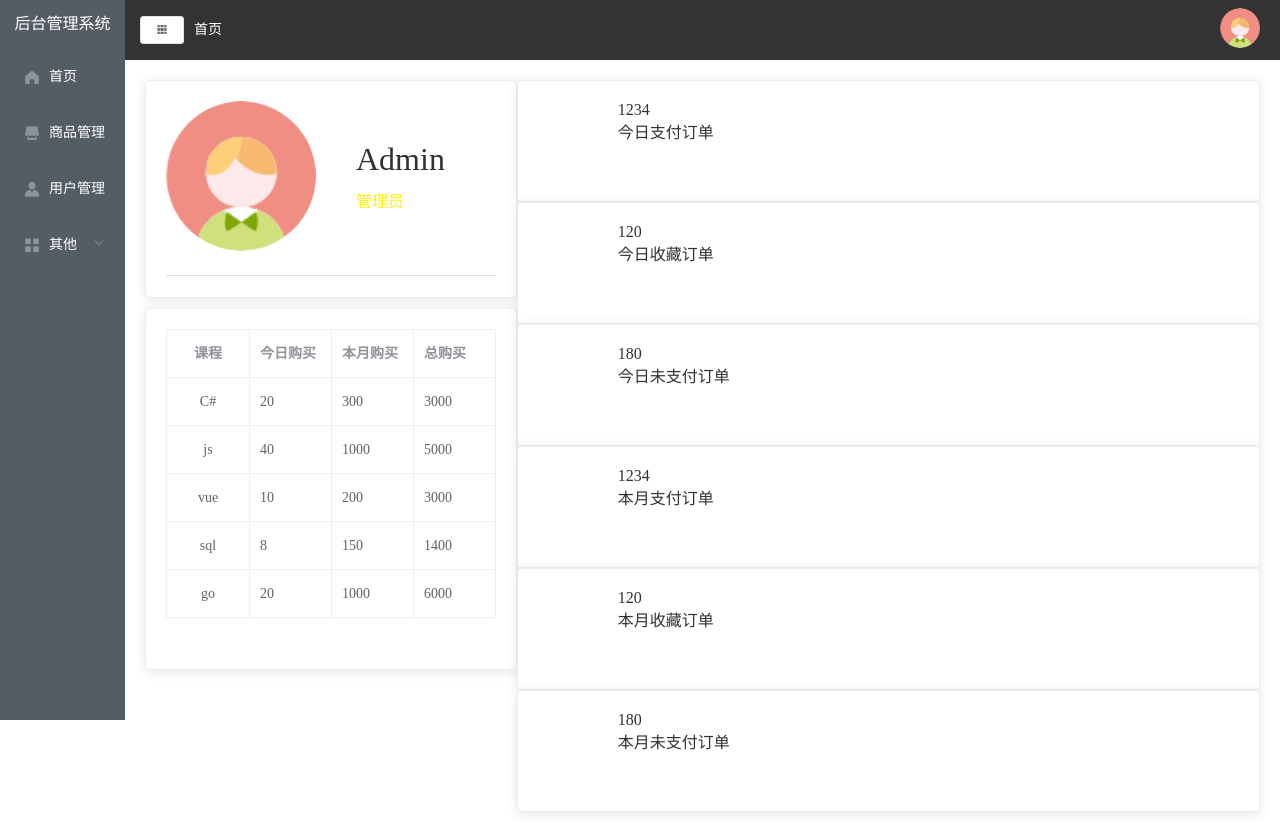
Repository: tkqi/manage
Page: /
These files come from the project's save history. The page is drawn as it stood at one moment and after the next save; the edit follows.
The browser window is 1280 px wide. The pictures show the whole page.
The project was rebuilt for these pictures with package versions that can differ from the ones it lists, and the page was loaded fresh each time. Also part of the build but not shown: vue.config.js.

Above is the page before, as saved 2023-12-06 11:07:12.

### src/main.js
import Vue from 'vue'
import App from './App.vue'
import router from './router'
import store from './store'
import ElementUI from 'element-ui';
import 'element-ui/lib/theme-chalk/index.css';

Vue.config.productionTip = false
Vue.use(ElementUI);

new Vue({
  router,
  store,
  render: h => h(App)
}).$mount('#app')

### src/App.vue
<template>
  <div id="app">
    <!-- 路由出口 -->
    <router-view />
  </div>
</template>

<script>
export default {
  name: 'App'
}
</script>

<style lang="less">
html,
body,
h3,
p {
  margin: 0;
  padding: 0;
}
</style>

### src/router/index.js
import Vue from 'vue'
import VueRouter from 'vue-router'
import routes from './routes'
Vue.use(VueRouter)


const router = new VueRouter({
  routes: routes
})

// 暴露router实例
export default router

### src/store/index.js
import Vue from 'vue'
import Vuex from 'vuex'
import tab from './tab.js'

Vue.use(Vuex)

const store = new Vuex.Store({
  state: {

  },
  getters: {
  },
  mutations: {
  },
  actions: {
  },
  modules: {
    tab
  }
})

export default store;

### src/router/routes.js
export default [
    // 主路由
    {
        path: '/',
        component: () => import('../views/Main.vue'),
        redirect: '/home',// 重定向
        // 子路由
        children: [
            {
                // 首页
                path: '/home',
                // 路由组件懒加载
                component: () => import('../views/Home.vue')
            },
            {
                // 用户管理
                path: '/user',
                component: () => import('../views/User.vue')
            },
            {
                // 商品管理
                path: '/mall',
                component: () => import('../views/Mall.vue')
            },
            {
                // 其他/页面1
                path: '/page1',
                component: () => import('../views/Page1.vue')
            },
            {
                // 其他/页面2
                path: '/page2',
                component: () => import('../views/Page2.vue')
            },
        ]
    },
    {
        path: '/home',
        // 路由组件懒加载
        component: () => import('../views/Home.vue')
    },
    {
        path: '/user',
        component: () => import('../views/User.vue')
    }
]

### src/store/tab.js
// 菜单相关数据
export default {
    state: {
        isCollapse: false
    },
    getters: {
        getisCollapse: (state) => state.isCollapse
    },
    mutations: {
        EDITIsCollapse(state){
            state.isCollapse = !state.isCollapse;
        }
    }
}

### src/views/Main.vue
<!-- eslint-disable vue/multi-word-component-names -->
<template>
    <div>
        <el-container>
            <el-aside width="auto">
                <sidebar />
            </el-aside>
            <el-container>
                <el-header>
                    <topbar />
                </el-header>
                <el-main>
                    <transition>
                        <keep-alive>
                            <router-view />
                        </keep-alive>
                    </transition>
                </el-main>
            </el-container>
        </el-container>
    </div>
</template>

<script>
import sidebar from '../components/sidebar.vue'
import topbar from '../components/topbar.vue';
export default {
    components: {
        sidebar,
        topbar
    }
}
</script>

<style lang="less" scoped>
.el-header {
    padding: 0;
    margin: 0;
}
</style>

### src/views/Home.vue
<!-- eslint-disable vue/multi-word-component-names -->
<template>
    <el-row>
        <el-col :span="8">
            <div>
                <el-card class="box-card">
                    <div class="user">
                        <img class="img" src="../assets/img/user-default.png" alt="">
                        <div class="user-info">
                            <P class="name">Admin</P>
                            <p class="access">管理员</p>
                        </div>
                    </div>
                    <el-divider></el-divider>
                    <div class="login-info">
                        <p>上次登录时间: <span>2023-12-03</span></p>
                        <p>上次登录地点: <span>绍兴</span></p>
                    </div>
                </el-card>
                <el-card class="table">
                    <el-table :data="tableData" border style="width: 100%">
                        <el-table-column prop="course" label="课程" :min-width="30" width="auto" align="center">
                        </el-table-column>
                        <el-table-column prop="buytoday" label="今日购买" :min-width="30" width="auto">
                        </el-table-column>
                        <el-table-column prop="buythemonth" label="本月购买" :min-width="30" width="auto">
                        </el-table-column>
                        <el-table-column prop="buyall" label="总购买" :min-width="30" width="auto">
                        </el-table-column>
                    </el-table>
                </el-card>
            </div>
        </el-col>
        <el-col :span="16">
            <div class="buy">
                <el-card v-for="(item, index) in countData" :key="index" :body-style="{display:'flex'}">
                    <i class="icon" :class="`el-icon-${item.icon}`"></i>
                    <div>
                        <p>{{ item.value }}</p>
                        <p>{{ item.label }}</p>
                    </div>
                </el-card>
            </div>
        </el-col>
    </el-row>
</template>

<script>
export default {
    data() {
        return {
            tableData: [
                {
                    course: 'C#',
                    buytoday: 20,
                    buythemonth: 300,
                    buyall: 3000
                },
                {
                    course: 'js',
                    buytoday: 40,
                    buythemonth: 1000,
                    buyall: 5000
                },
                {
                    course: 'vue',
                    buytoday: 10,
                    buythemonth: 200,
                    buyall: 3000
                },
                {
                    course: 'sql',
                    buytoday: 8,
                    buythemonth: 150,
                    buyall: 1400
                },
                {
                    course: 'go',
                    buytoday: 20,
                    buythemonth: 1000,
                    buyall: 6000
                }
            ],
            countData:[
                {
                    label:'今日支付订单',
                    value:1234,
                    color:'#2ec7c9',
                    icon:'success'
                },
                {
                    label:'今日收藏订单',
                    value:120,
                    color:'#ffb980',
                    icon:'star-on'
                },
                {
                    label:'今日未支付订单',
                    value:180,
                    color:'#5ab1ef',
                    icon:'s-goods'
                },
                {
                    label:'本月支付订单',
                    value:1234,
                    color:'#2ec7c9',
                    icon:'success'
                },
                {
                    label:'本月收藏订单',
                    value:120,
                    color:'#ffb980',
                    icon:'star-on'
                },
                {
                    label:'本月未支付订单',
                    value:180,
                    color:'#5ab1ef',
                    icon:'s-goods'
                }
            ]
        }
    }
}
</script>
<style lang="less" scoped>
.box-card {
    height: 30vh;
    .user {
        display: flex;
        align-items: center;
        padding-right: 0px;

        .user-info {
            .name {
                font-size: 32px;
                margin-bottom: 10px;
            }

            .access {
                color: #fff000;
            }
        }

        img {
            height: 150px;
            width: 150px;
            border-radius: 50%;
            margin-right: 40px;
        }
    }
}

.login-info {
    line-height: 25px;

    p {
        font-size: 12px;

        span {
            font-size: 12px;
            margin-left: 50px;
        }
    }
}

.table {
    margin-top: 10px;
    height: 50vh;
    el-table{
        height: 100%;
    }
}

.icon{
    width: 80px;
    height: 80px;
    font-size: 30px;
    color: #fff;
}
</style>

### src/components/sidebar.vue
<!-- eslint-disable vue/multi-word-component-names -->
<template>
    <el-menu class="menu" @open="handleOpen" @close="handleClose" :collapse="isCollapse" background-color="#545c64"
        text-color="#fff" active-text-color="#ffd04b">
        <h3>{{ !isCollapse?'后台管理系统':'后台' }}</h3>
        <el-menu-item v-for="item in noChildren" :key="item.name" :index="item.name" @click="clickMenu(item)">
            <i :class="`el-icon-${item.icon}`"></i>
            <span slot="title">{{ item.label }}</span>
        </el-menu-item>
        <el-submenu v-for="item in hasChildren" :key="item.label" :index="item.label">
            <template slot="title">
                <i :class="`el-icon-${item.icon}`"></i>
                <span slot="title">{{ item.label }}</span>
            </template>
            <el-menu-item-group v-for="subitem in item.children" :key="subitem.name">
                <el-menu-item :index="subitem.name" @click="clickSubmenu(subitem)">
                    <!-- <template slot="title"> -->
                    <i :class="`el-icon-${subitem.icon}`"></i>
                    <span slot="title">{{ subitem.name }}</span>
                    <!-- </template> -->
                </el-menu-item>
            </el-menu-item-group>
        </el-submenu>
    </el-menu>
</template>

<script>
export default {
    computed: {
        // 无子菜单
        noChildren() {
            return this.menuData.filter(o => !o.children);
        },
        // 有子菜单
        hasChildren() {
            return this.menuData.filter(o => o.children);
        },
        isCollapse() {
           return this.$store.state.tab.isCollapse;
        }
    },
    data() {
        return {
            // 使用store实时改变属性需要定义到computed
            // isCollapse: this.$store.getters('getisCollapse'),
            menuData: [
                {
                    path: '/',
                    name: 'home',
                    label: "首页",
                    icon: 's-home',
                    url: 'Home/Home'
                },
                {
                    path: '/mall',
                    name: 'mall',
                    label: "商品管理",
                    icon: 's-shop',
                    url: 'MallManage/MallManage'
                },
                {
                    path: '/user',
                    name: 'user',
                    label: "用户管理",
                    icon: 's-custom',
                    url: 'UserManage/UserManage'
                },
                {
                    label: '其他',
                    icon: 'menu',
                    children: [
                        {
                            path: '/page1',
                            name: 'page1',
                            label: "页面1",
                            icon: 's-claim',
                            url: 'Other/PageOne'
                        },
                        {
                            path: '/page2',
                            name: 'page2',
                            label: "页面2",
                            icon: 's-claim',
                            url: 'Other/PageTwo'
                        },
                    ]
                }
            ]
        };
    },
    methods: {
        handleOpen(key, keyPath) {
            console.log(key, keyPath);
        },
        handleClose(key, keyPath) {
            console.log(key, keyPath);
        },
        clickMenu(item) {
            console.log(this.$router.currentRoute.path);
            // 判断当前路由于点击链接的路由不一致才跳转
            if (item.path != this.$route.path && !(this.$route.path == '/home' && item.path == '/'))
                this.$router.push(item.path);
        },
        clickSubmenu(subitem) {
            // 判断当前路由于点击链接的路由不一致才跳转
            if (subitem.path != this.$route.path)
                this.$router.push(subitem.path);
        }
    }
}
</script>

<style lang="less" scoped>
.el-menu-vertical-demo:not(.el-menu--collapse) {
    width: 200px;
    min-height: 400px;
}

.menu {
    height: 100vh;
    border-right:0;
    h3 {
        color: rgb(255, 255, 255);
        text-align: center;
        line-height: 48px;
        font-size: 16px;
        font-weight: 400;
    }
}
</style>

### src/components/topbar.vue
<!-- eslint-disable vue/multi-word-component-names -->
<template>
    <div class="head-container">
        <div class="l-content">
            <el-button icon="el-icon-s-grid" size="mini" @click="changeCollapse()"/>
            <!-- 面包屑 -->
            <span class="text">首页</span>
        </div>
        <div class="r-content">
            <el-dropdown>
                <span class="el-dropdown-link">
                    <img class="img" src="../assets/img/user-default.png" alt="">
                </span>
                <el-dropdown-menu slot="dropdown">
                    <el-dropdown-item>个人中心</el-dropdown-item>
                    <el-dropdown-item>退出</el-dropdown-item>
                </el-dropdown-menu>
            </el-dropdown>
        </div>
    </div>
</template>

<script>
export default {
    data(){
        return{

        }
    },
    methods:{
        changeCollapse(){
            console.log(1);
            this.$store.commit('EDITIsCollapse');
        }
    }
}
</script>

<style lang="less" scoped>
.head-container {
    background-color: #333;
    height: 60px;
    display: flex;
    justify-content: space-between;
    align-items: center;
    padding-left: 15px;
    padding-right: 20px;
}

// .l-content {
//     padding-left: 15px;
// }

// .r-content {}

.text {
    color: white;
    font-size: 14px;
    padding-left: 10px;
}

.img{
    height: 40px;
    width: 40px;
    border-radius: 50%;
}
</style>

Loaded but not shown: public/index.html (common file)

After the next save:
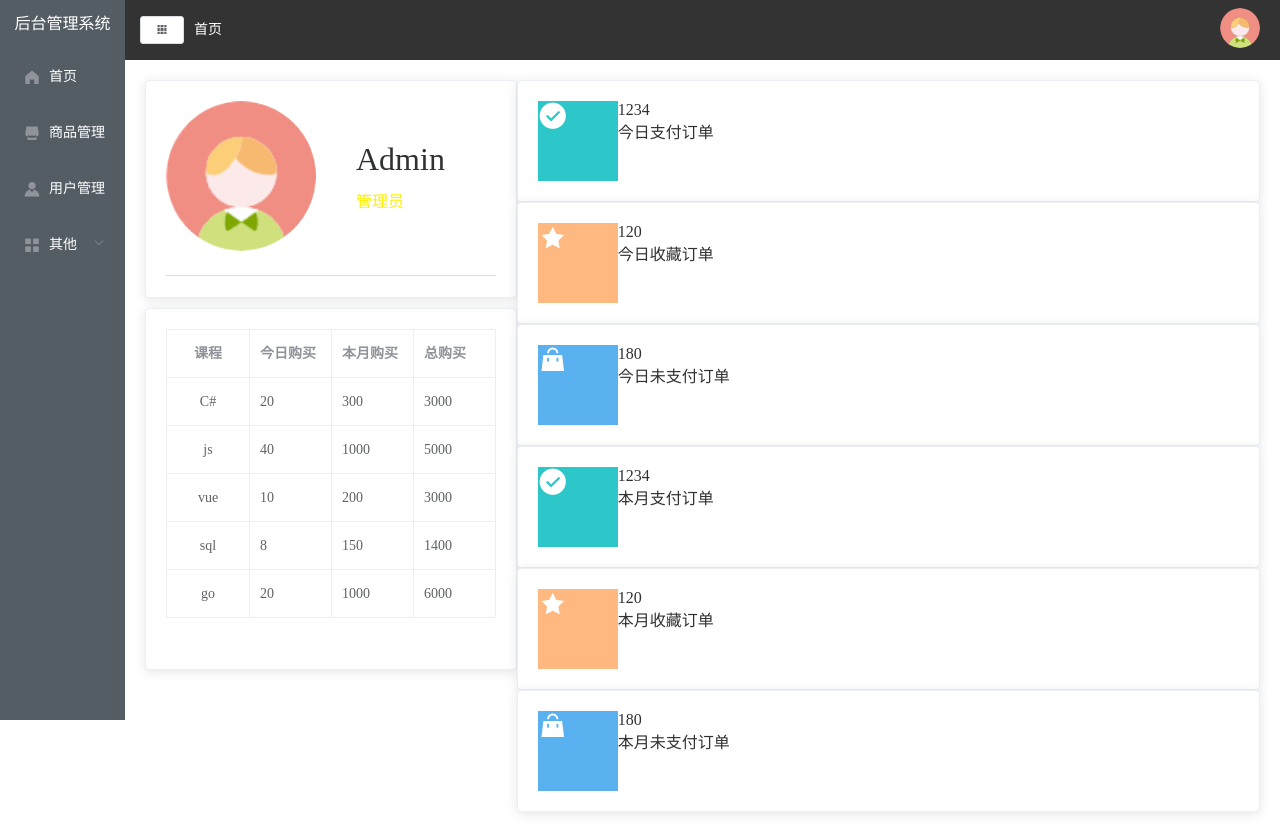
Saved 81 s later.
--- a/src/views/Home.vue
+++ b/src/views/Home.vue
@@ -34,7 +34,7 @@
         <el-col :span="16">
             <div class="buy">
                 <el-card v-for="(item, index) in countData" :key="index" :body-style="{display:'flex'}">
-                    <i class="icon" :class="`el-icon-${item.icon}`"></i>
+                    <i class="icon" :class="`el-icon-${item.icon}`" :style="{background:item.color}"></i>
                     <div>
                         <p>{{ item.value }}</p>
                         <p>{{ item.label }}</p>
